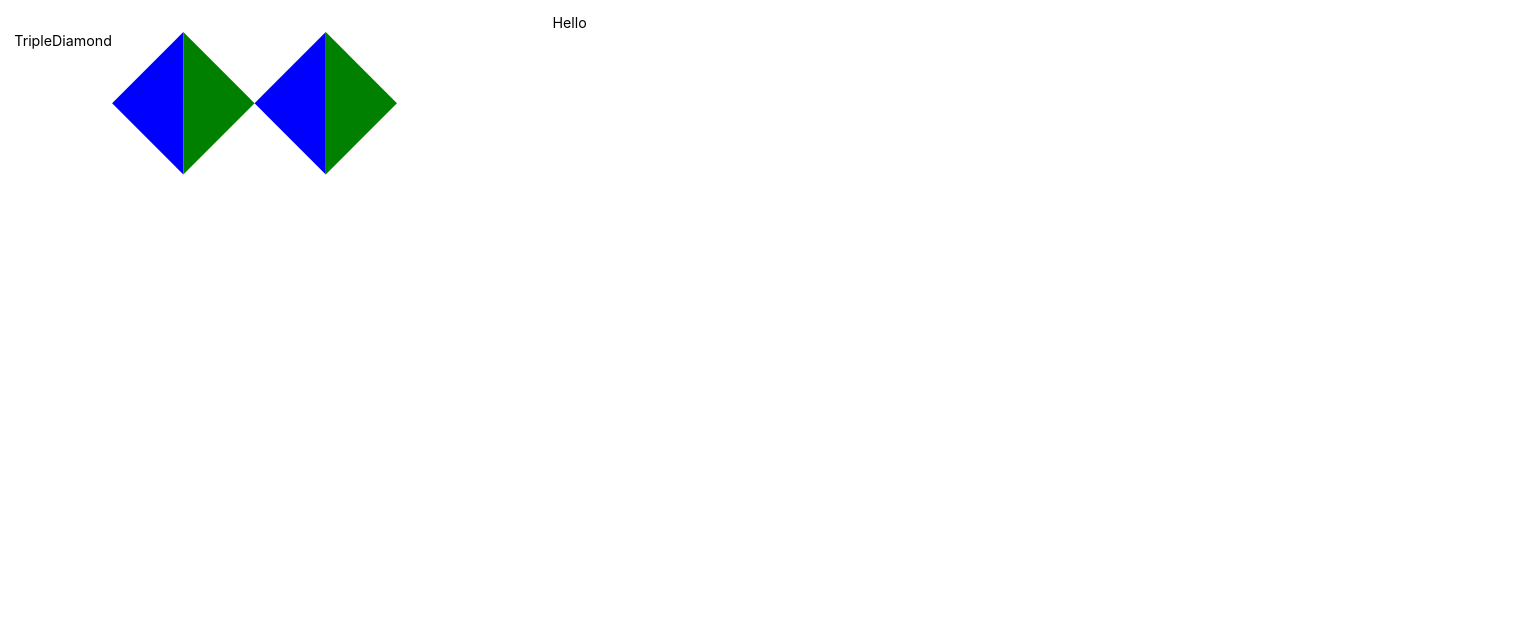
Repository: YingCG/interaction-design
Page: /
The author's editor kept a copy of each file at every save. The page is drawn from the files as they stood at one save, then again after the next save.
The browser window is 1280 px wide. The page is 1280 px wide, then 1726 px, so the pictures cover 1726 px, including what lies to the right of the window. The pictures show the whole page, at 89% of full size.
The project was rebuilt for these pictures with package versions that can differ from the ones it lists, and the page was loaded fresh each time.

Above is the page before, as saved 2023-09-07 10:10:39.

After the next save:
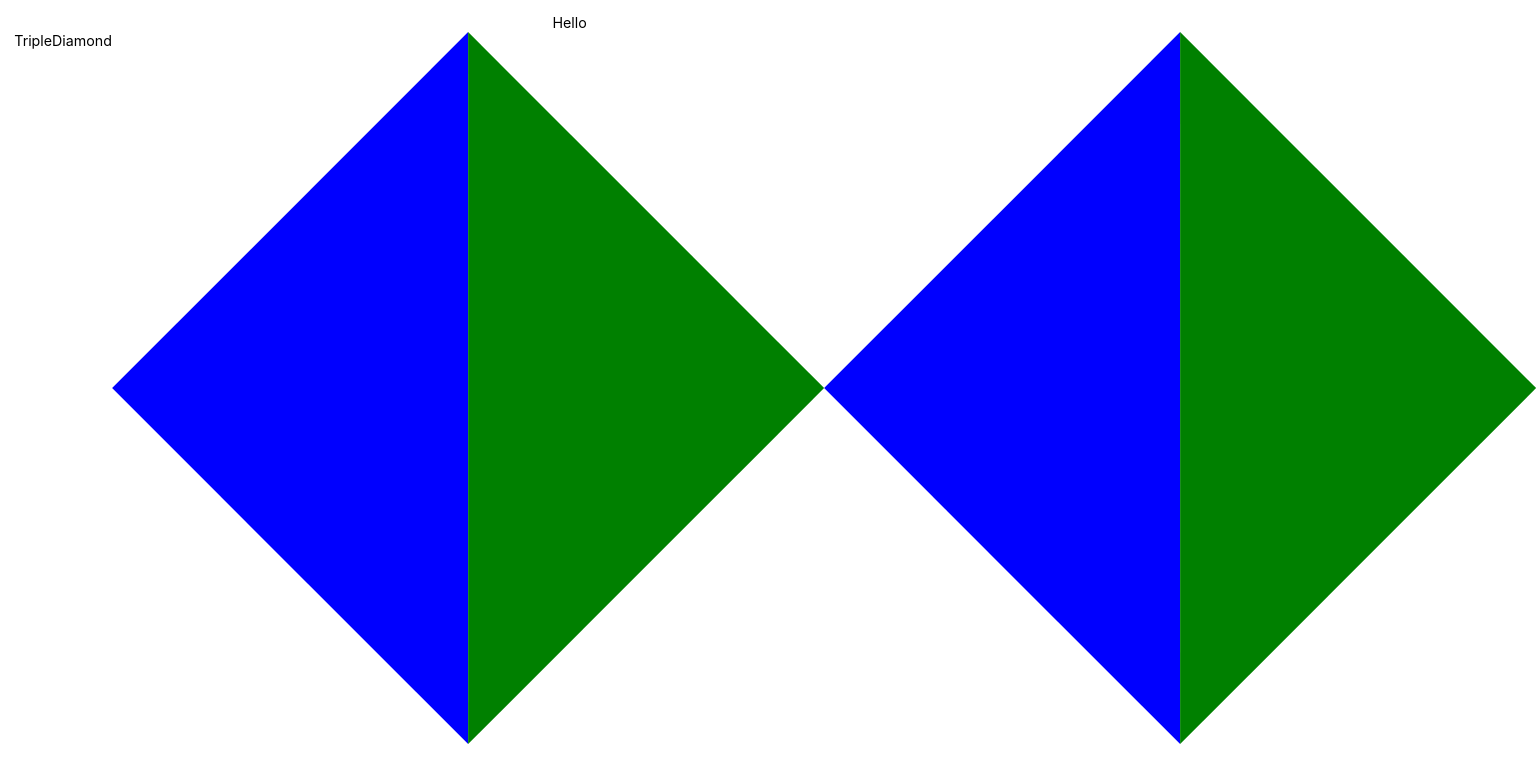
Saved 19 s later.
--- a/src/App.css
+++ b/src/App.css
@@ -6,19 +6,19 @@
 .arrow-right {
   width: 0;
   height: 0;
-  border-top: 5rem solid transparent;
-  border-bottom: 5rem solid transparent;
+  border-top: 25rem solid transparent;
+  border-bottom: 25rem solid transparent;
 
-  border-left: 5rem solid green;
+  border-left: 25rem solid green;
 }
 
 .arrow-left {
   width: 0;
   height: 0;
-  border-top: 5rem solid transparent;
-  border-bottom: 5rem solid transparent;
+  border-top: 25rem solid transparent;
+  border-bottom: 25rem solid transparent;
 
-  border-right: 5rem solid blue;
+  border-right: 25rem solid blue;
 }
 
 .container {
